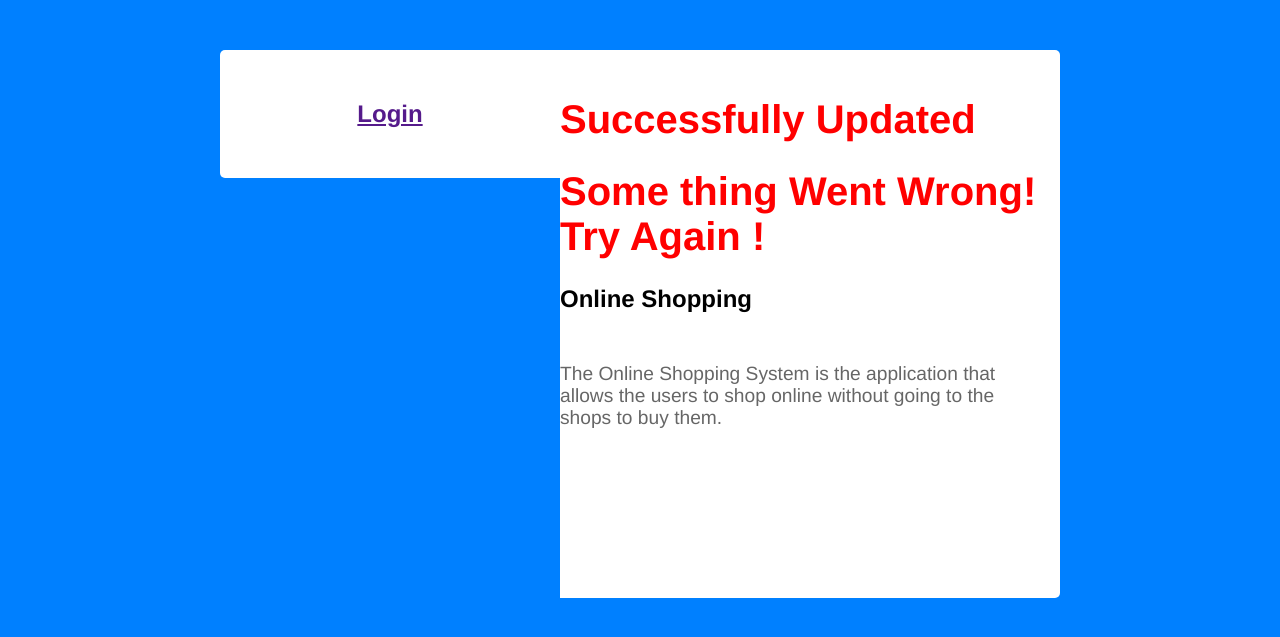
Repository: areebahmadd/E-Commerce-Website-using-Java
Page: http://localhost/E-Commerce/signup.jsp
These files come from the project's save history. The page is drawn as it stood at one moment and after the next save; the edit follows.
The browser window is 1280 px wide. The pictures show the whole page.
The page is served by Tomcat 9.

Above is the page before, as saved 2021-01-06 12:07:18.

After the next save:
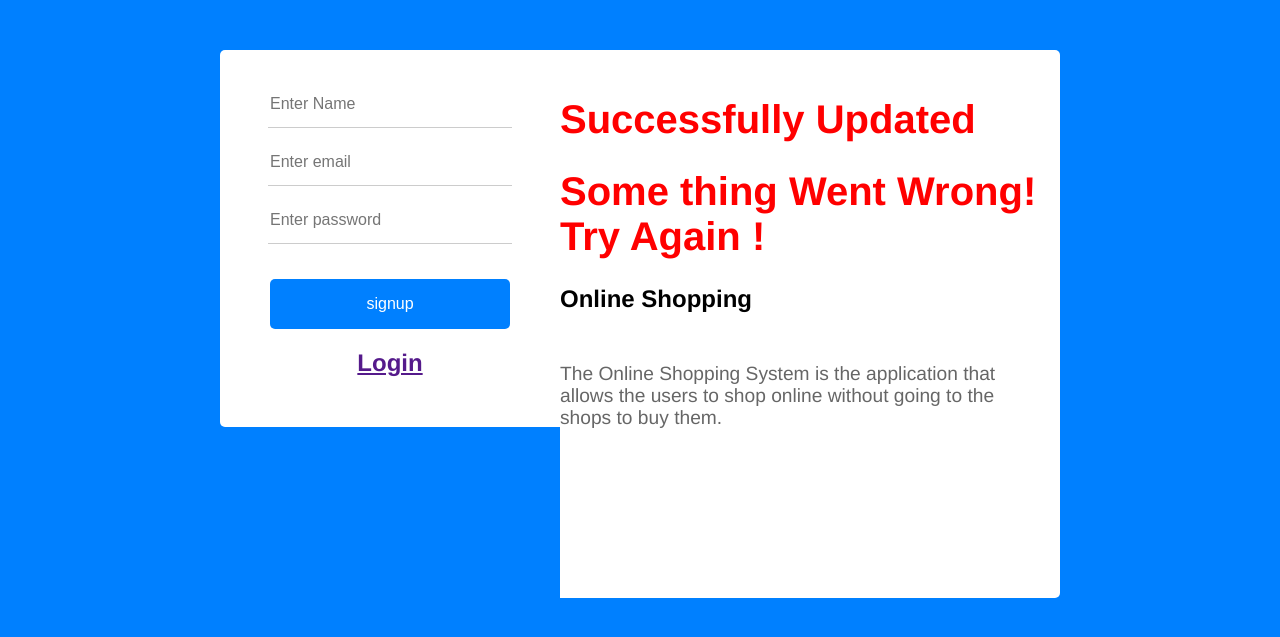
Saved 17 min 58 s later.
--- a/Admin/E-Commerce/WebContent/signup.jsp
+++ b/Admin/E-Commerce/WebContent/signup.jsp
@@ -7,6 +7,13 @@
 <body>
 <div id='container'>
   <div class='signup'>
+  <form action ="" method = "post">
+  <input type = "text" name = "name" placeholder = "Enter Name" required>
+  <input type = "email" name = "email" placeholder = "Enter email" required>
+  <input type = "password" name = "password" placeholder = "Enter password" required>
+  <input type = "submit" value = "signup">
+
+  </form>
 
       <h2><a href="">Login</a></h2>
   </div>
